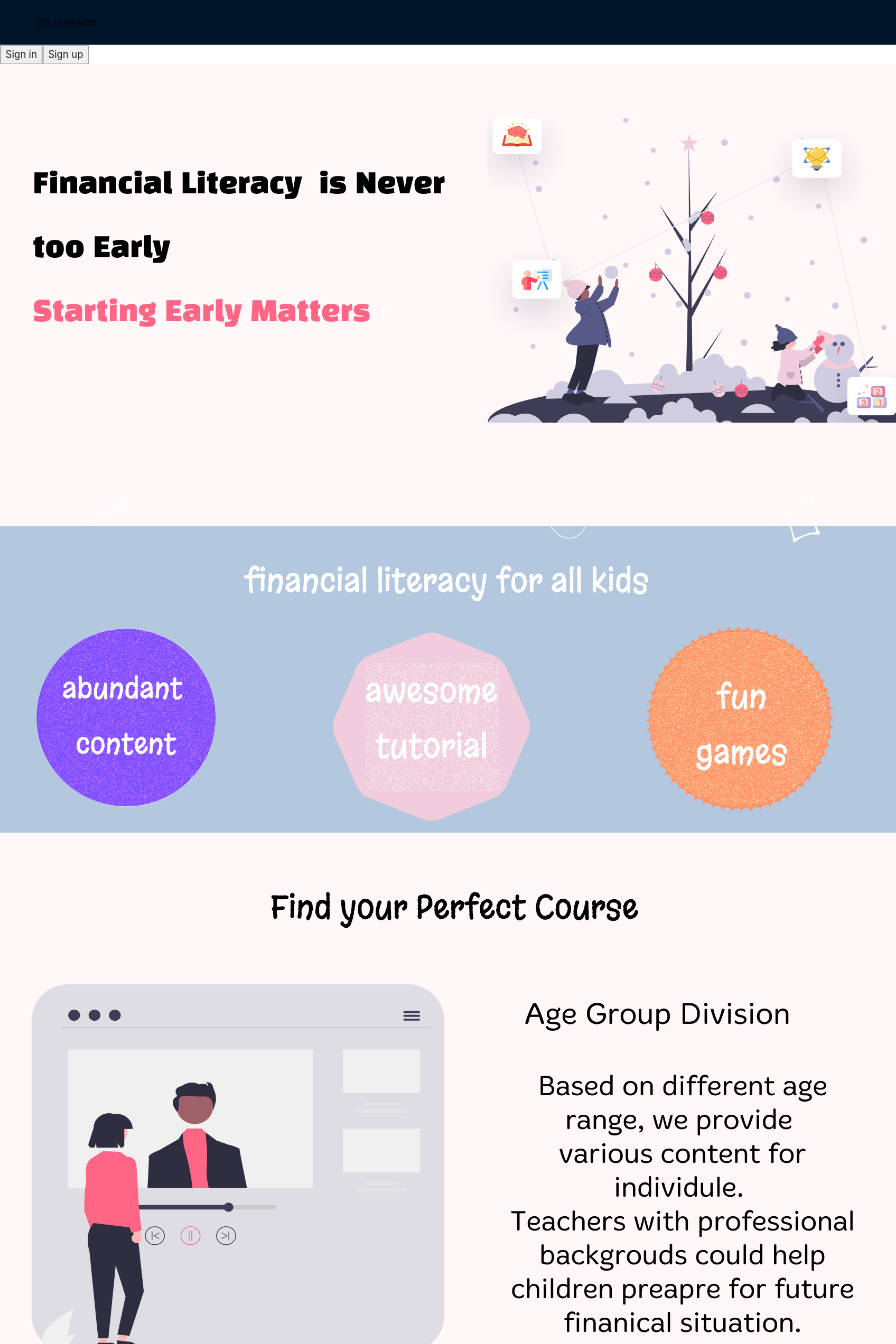
Repository: Zoe-XJ-Zhang/Goldilocks
Page: /
The author's editor kept a copy of each file at every save. The page is drawn from the files as they stood at one save, then again after the next save.
The browser window is 1280 px wide. The pictures show the part of the page from y = 0 to 1920 px (the page is 2803 px tall), at 70% of full size.
The project was rebuilt for these pictures with package versions that can differ from the ones it lists, and the page was loaded fresh each time. Also part of the build but not shown: src/page/roadmapPage/roadmapPage.js, src/page/aboutPage/aboutPage.js.

Above is the page before, as saved 2022-08-31 15:09:35.

After the next save:
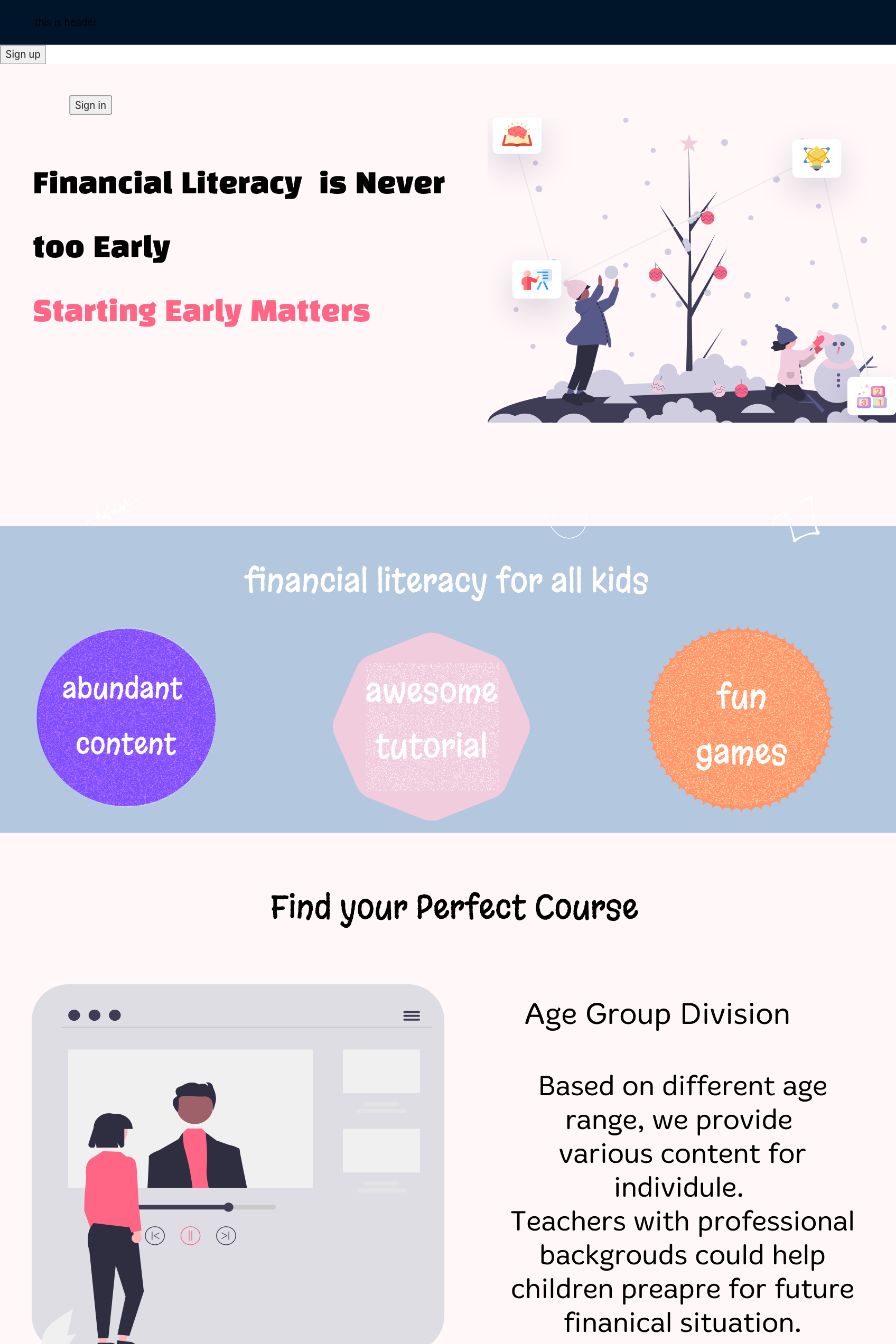
Saved 23 s later.
--- a/src/page/homePage/homePage.css
+++ b/src/page/homePage/homePage.css
@@ -3,7 +3,7 @@ img{
     height: 100%;
     object-fit: contain;
 }
-.login{
+.signin{
     position:absolute;
 
 z-index:2;
